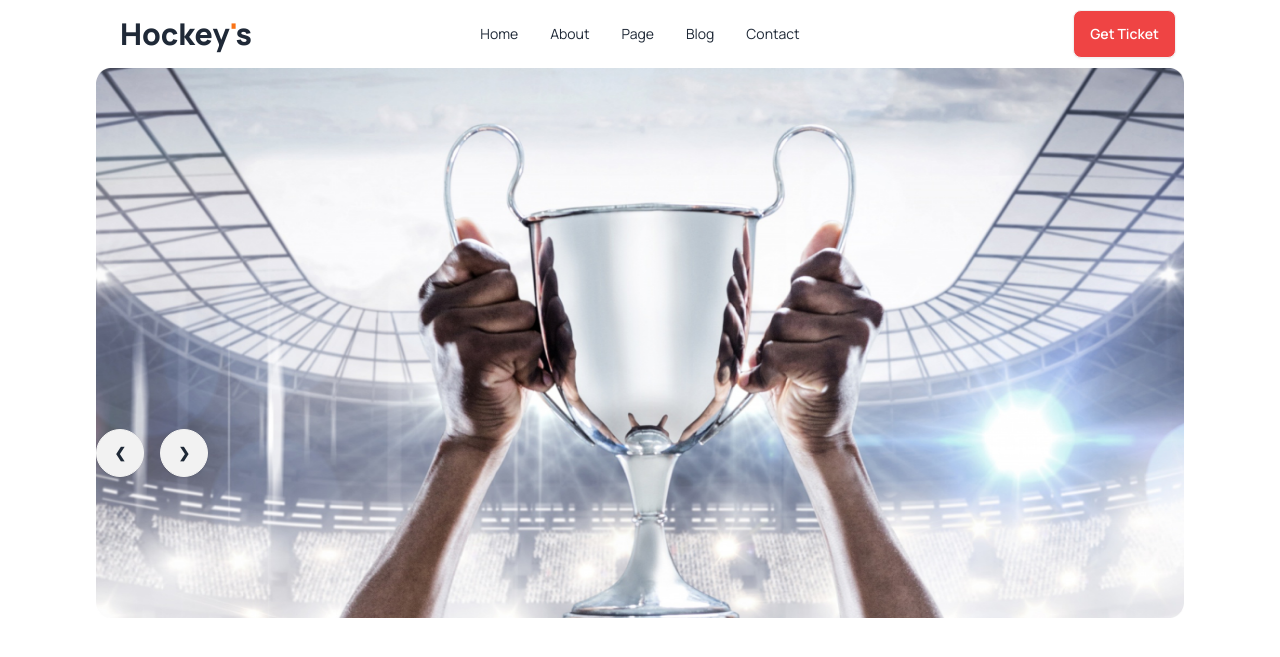
Repository: RudrasahaDibos/Hockey-
Page: index.html
These files come from the project's save history. The page is drawn as it stood at one moment and after a run of saves; the edit follows.
The browser window is 1280 px wide. The pictures show the whole page.
Some web libraries are served in a nearby version.

Above is the page before, as saved 2024-10-23 19:04:47.

### index.html
<!DOCTYPE html>
<html lang="en">
<head>
    <meta charset="UTF-8">
    <meta name="viewport" content="width=device-width, initial-scale=1.0">
    <title>Hockeys</title>
    <!-- Tailwinds css -->
    <link href="https://cdn.jsdelivr.net/npm/daisyui@4.12.13/dist/full.min.css" rel="stylesheet" type="text/css" />
    <script src="https://cdn.tailwindcss.com"></script>
    <!-- Font asome -->
    <link rel="stylesheet" href="https://cdnjs.cloudflare.com/ajax/libs/font-awesome/6.6.0/css/all.min.css" integrity="sha512-Kc323vGBEqzTmouAECnVceyQqyqdsSiqLQISBL29aUW4U/M7pSPA/gEUZQqv1cwx4OnYxTxve5UMg5GT6L4JJg==" crossorigin="anonymous" referrerpolicy="no-referrer" />
   <!-- tailwind custom css -->
   <script>
    tailwind.config = {
      theme: {
        extend: {
          colors: {
            clifford: '#da373d',
          }
        }
      }
    }
  </script>
  <!-- google Font  -->
  <link rel="preconnect" href="https://fonts.googleapis.com">
  <link rel="preconnect" href="https://fonts.gstatic.com" crossorigin>
  <link href="https://fonts.googleapis.com/css2?family=Manrope:wght@200..800&display=swap" rel="stylesheet">

  <style>
.manrope {
  font-family: "Manrope", serif;
}
  </style>

</head>
<body class="manrope">
    <!-- header section start here -->
       <header class="container mx-auto lg:px-24 px-8">
                 <!-- navber start here -->
                     <nav>
                        <div class="navbar bg-base-100">
                            <div class="navbar-start">
                              <div class="dropdown">
                                <div tabindex="0" role="button" class="  lg:hidden">
                                  <svg
                                    xmlns="http://www.w3.org/2000/svg"
                                    class="h-5 w-5"
                                    fill="none"
                                    viewBox="0 0 24 24"
                                    stroke="currentColor">
                                    <path
                                      stroke-linecap="round"
                                      stroke-linejoin="round"
                                      stroke-width="2"
                                      d="M4 6h16M4 12h8m-8 6h16" />
                                  </svg>
                                </div>
                                <ul
                                  tabindex="0"
                                  class="menu menu-sm dropdown-content bg-base-100 rounded-box z-[1] mt-3 w-52 p-2 shadow">

                                    <li><a>Home</a></li>
                                    <li><a>About</a></li>
                                    <li><a>Page</a></li>
                                    <li><a>Blog</a></li>
                                    <li><a>Contact</a></li>

                                </ul>
                              </div>

                              <a class=" ml-4 text-3xl font-extrabold ">Hockey<span class="text-orange-500">'</span>s</a>

                            </div>
                            <div class="navbar-center hidden lg:flex">
                              <ul class="menu menu-horizontal px-1">
                                <li><a>Home</a></li>
                                <li><a>About</a></li>
                                <li><a>Page</a></li>
                                <li><a>Blog</a></li>
                                <li><a>Contact</a></li>
                              </ul>
                            </div>
                            <div class="navbar-end  lg:ml-0 ml-20">

                              <a class="btn bg-red-500 text-white  ">Get Ticket</a>
                            </div>
                          </div>
                     </nav>
                 <!-- navber end here -->

                  <!-- banner start here -->
                     <div>
                      <div class="carousel w-full">
                        <div id="slide1" class="carousel-item relative w-full ">
                          <img
                            src="Images/1.png"
                            class="w-full lg:h-[550px] " />
                          <div class="absolute left-0 right-0 top-[60%] flex -translate-y-1/2 transform gap-4">
                            <a href="#slide4" class="btn btn-circle">❮</a>
                            <a href="#slide2" class="btn btn-circle">❯</a>
                          </div>
                        </div>
                        <div id="slide2" class="carousel-item relative w-full">
                          <img
                            src="Images/2.png"
                            class="w-full" />
                          <div class="absolute left-5 right-5 top-1/2 flex -translate-y-1/2 transform justify-between">
                            <a href="#slide1" class="btn btn-circle">❮</a>
                            <a href="#slide3" class="btn btn-circle">❯</a>
                          </div>
                        </div>
                        <div id="slide3" class="carousel-item relative w-full">
                          <img
                            src="Images/3.png"
                            class="w-full" />
                          <div class="absolute left-5 right-5 top-1/2 flex -translate-y-1/2 transform justify-between">
                            <a href="#slide2" class="btn btn-circle">❮</a>
                            <a href="#slide4" class="btn btn-circle">❯</a>
                          </div>
                        </div>
                        <div id="slide4" class="carousel-item relative w-full">
                          <img
                            src="Images/4.png"
                            class="w-full" />
                          <div class="absolute left-5 right-5 top-1/2 flex -translate-y-1/2 transform justify-between">
                            <a href="#slide3" class="btn btn-circle">❮</a>
                            <a href="#slide1" class="btn btn-circle">❯</a>
                          </div>
                        </div>
                      </div>



                     </div>


                   <!-- banner end here -->
       </header>
       <!-- Header section End here -->

       <!-- Main secetion start here  -->
        <main>

        </main>
        <!-- main section end here -->

</body>
</html>

After the next 2 saves:
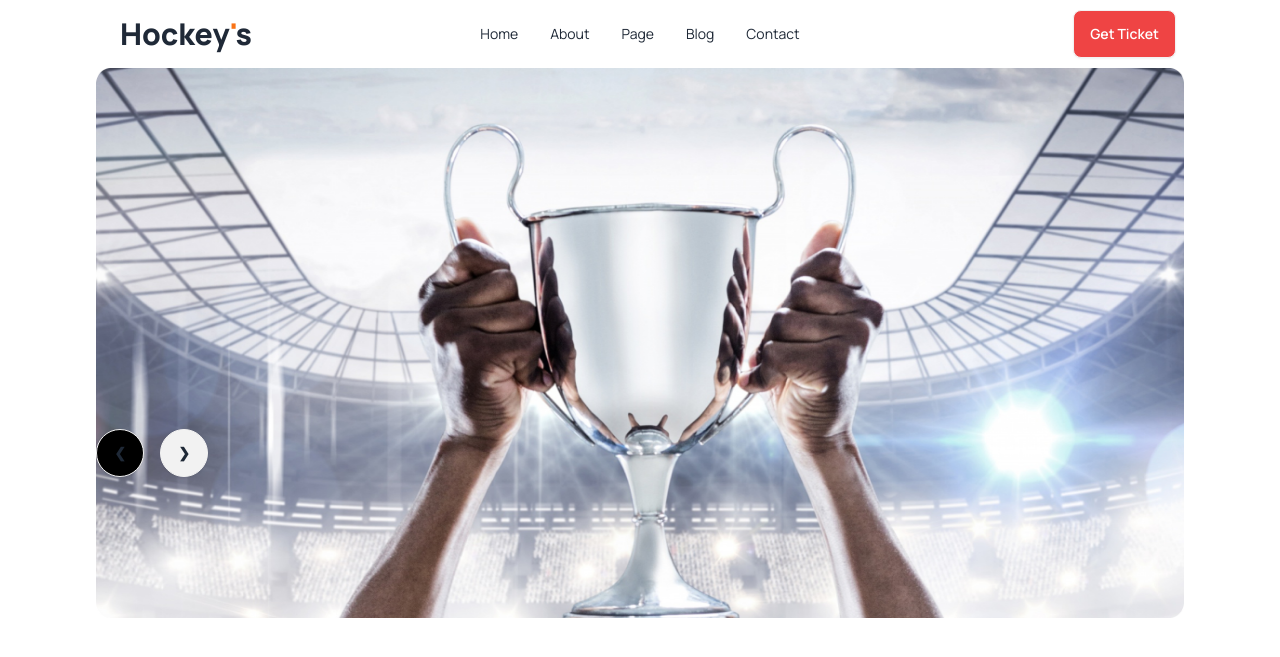
The 2 saves are shown as one change because they came seconds apart.
The last was saved 28 s later.
--- a/index.html
+++ b/index.html
@@ -96,7 +96,7 @@
                             src="Images/1.png"
                             class="w-full lg:h-[550px] " />
                           <div class="absolute left-0 right-0 top-[60%] flex -translate-y-1/2 transform gap-4">
-                            <a href="#slide4" class="btn btn-circle">❮</a>
+                            <a href="#slide4" class="btn btn-circle bg-black">❮</a>
                             <a href="#slide2" class="btn btn-circle">❯</a>
                           </div>
                         </div>
